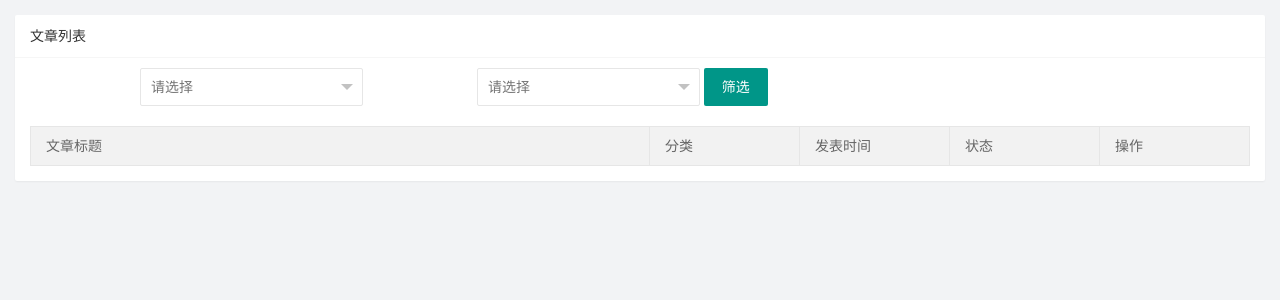
Repository: haloxxi/web_bigevent
Page: article/art-list.html
These files come from the project's save history. The page is drawn as it stood at one moment and after the next save; the edit follows.
The browser window is 1280 px wide. The pictures show the whole page.
The page's requests for data from a server got no answer.

Above is the page before, as saved 2022-06-29 15:44:40.
Console error: TypeError: Cannot read properties of undefined (reading 'status')

After the next save:
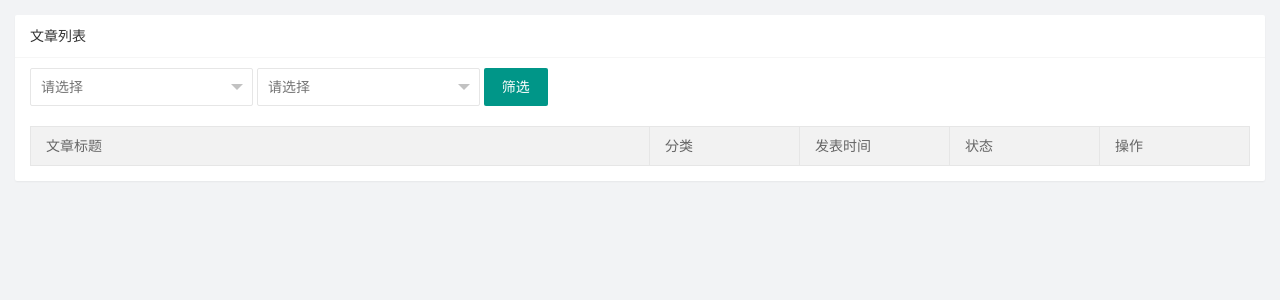
Saved 4 min 40 s later.
--- a/article/art-list.html
+++ b/article/art-list.html
@@ -18,8 +18,8 @@
             <!-- 筛选区域 -->
             <form class="layui-form" action="">
                 <div class="layui-form-item layui-input-inline">
-                    <div class="layui-input-block">
-                        <select name="city" lay-verify="required">
+
+                    <select name="city" lay-verify="required">
                         <option value="">请选择</option>
                         <option value="0">北京</option>
                         <option value="1">上海</option>
@@ -27,11 +27,11 @@
                         <option value="3">深圳</option>
                         <option value="4">杭州</option>
                       </select>
-                    </div>
+
                 </div>
                 <div class="layui-form-item layui-input-inline">
-                    <div class="layui-input-block">
-                        <select name="city" lay-verify="required">
+
+                    <select name="city" lay-verify="required">
                         <option value="">请选择</option>
                         <option value="0">北京</option>
                         <option value="1">上海</option>
@@ -39,7 +39,7 @@
                         <option value="3">深圳</option>
                         <option value="4">杭州</option>
                       </select>
-                    </div>
+
                 </div>
                 <div class="layui-form-item layui-input-inline">
                     <button class="layui-btn" lay-submit lay-filter="formDemo">筛选</button>
